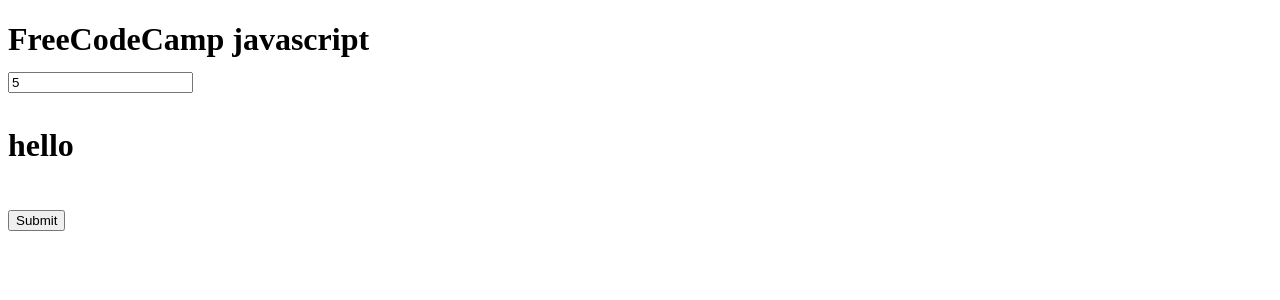
Repository: cuongcay/Clone_YB
Page: FreeCodeCamp.html
An editor plug-in stored every save of this project. The page is shown before and after the next save, followed by the edit.
The browser window is 1280 px wide. The pictures show the whole page.
Empty fields were first filled with sample values (such as "Sample", 5 or name@example.com).
After loading, the first visible `#submit` was clicked once.

Above is the page before, as saved 2022-08-02 16:00:37.

### FreeCodeCamp.html
<!DOCTYPE html>
<html lang="en">
<head>
    <meta charset="UTF-8">
    <meta http-equiv="X-UA-Compatible" content="IE=edge">
    <meta name="viewport" content="width=device-width, initial-scale=1.0">
    <title>FreeCodeCamp</title>
</head>
<body>
    <h1>
        FreeCodeCamp javascript
        <div >
            <input type="number" id="input" placeholder="Enter Number">
            <p id="hello">hello</p>
            <input type="submit" id="submit" value="Submit" onclick="submit()">
        </div>
    </h1>

    <script type="text/javascript" src="./FreeCodeCamp.js"></script>
</body>
</html>

### FreeCodeCamp.js
function submit(){
    const input = document.getElementById("input");
    const inputt =input.value;
    const hello = document.getElementById("hello");

    const submit = document.getElementById("submit");

    const mod = input%2;

    switch(mod){
        case 1:
            hello.innerHTML = `${input} la so le`;
            break;
        case 0:
            hello.innerHTML = `${input} la so chan`;
            break;
    }
}

After the next save:
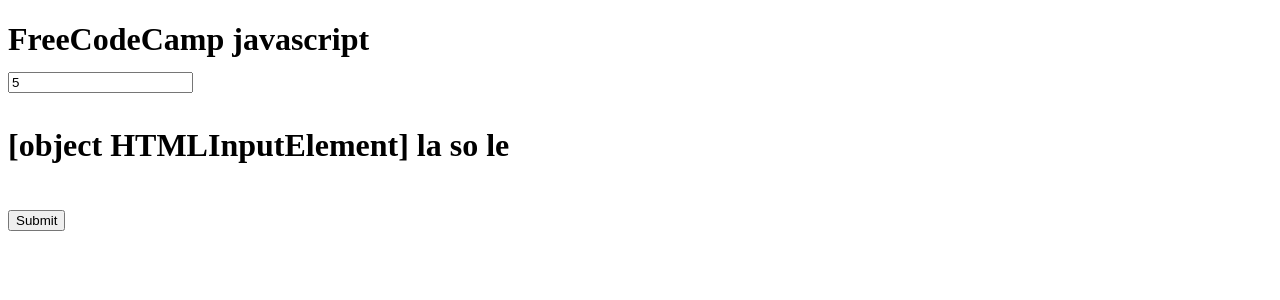
Saved 5 s later.
--- a/FreeCodeCamp.js
+++ b/FreeCodeCamp.js
@@ -5,7 +5,7 @@
 
     const submit = document.getElementById("submit");
 
-    const mod = input%2;
+    const mod = inputt%2;
 
     switch(mod){
         case 1:
